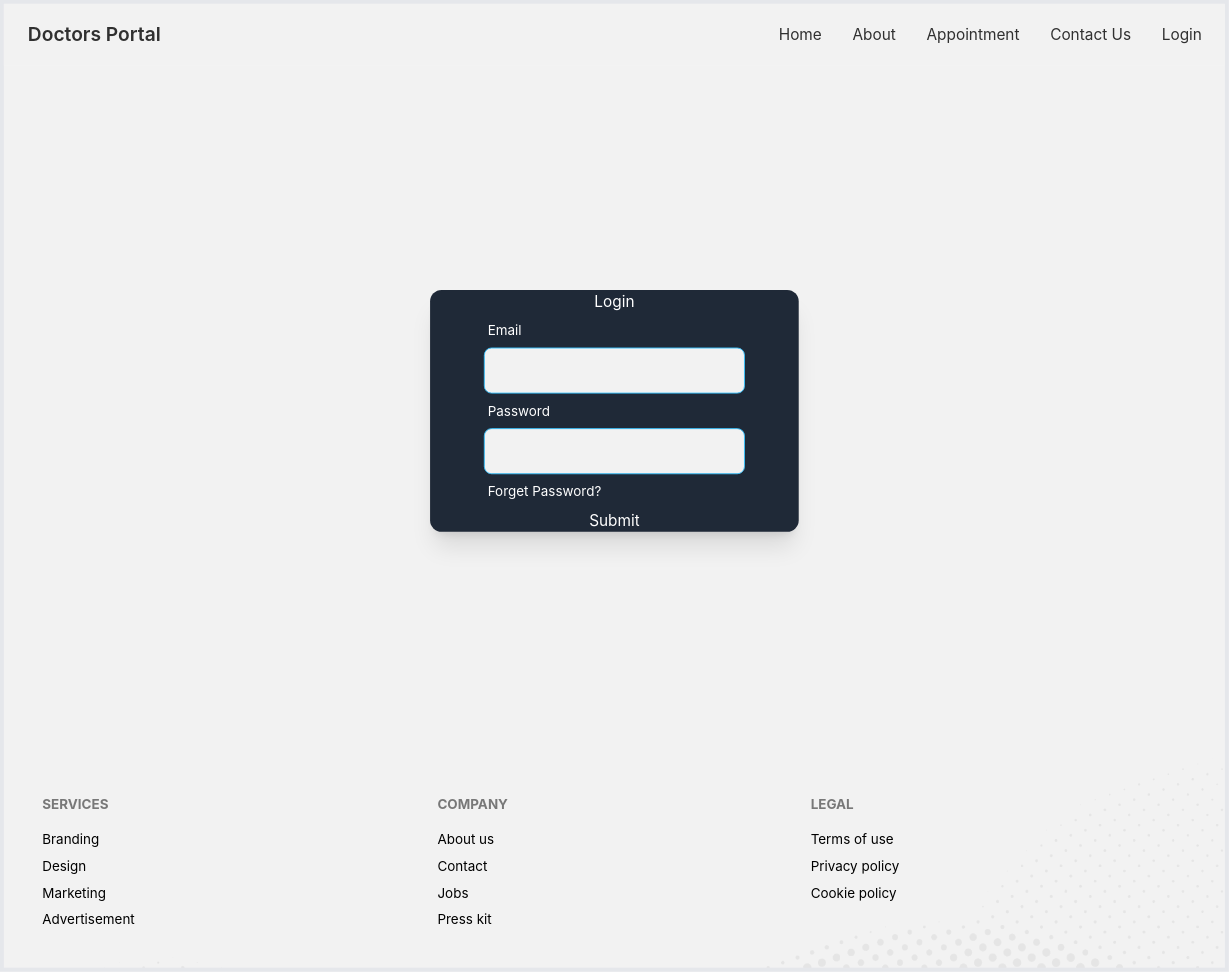
Repository: Samad77/Doctorportal-Client
Page: /login
An editor plug-in stored every save of this project. The page is shown before and after the next save, followed by the edit.
The browser window is 1280 px wide. The pictures show the whole page, at 96% of full size.
The project was rebuilt for these pictures with package versions that can differ from the ones it lists, and the page was loaded fresh each time. Also part of the build but not shown: src/Pages/Appointment/BookingModal/BookingModal.js, src/Pages/Appointment/AppoinmentCard/AppoinmentCard.js, src/Pages/Appointment/AppointmentBanner/AppointmentBanner.js, src/Pages/Appointment/AvailavleAppoinment/AvailableAppoinment.js, src/Pages/Appointment/Appoinment/Appoinment.js, src/Components/PrimaryButton/PrimaryButton.js, src/Pages/Home/Banner/Banner.js, src/Pages/Home/Cards/Cards.js and 5 more.

Above is the page before, as saved 2022-11-16 10:16:06.

### src/index.js
import React from 'react';
import ReactDOM from 'react-dom/client';
import './index.css';
import App from './App';
import reportWebVitals from './reportWebVitals';
import 'react-day-picker/dist/style.css';
const root = ReactDOM.createRoot(document.getElementById('root'));
root.render(
  <React.StrictMode>
    <App />
  </React.StrictMode>
);

// If you want to start measuring performance in your app, pass a function
// to log results (for example: reportWebVitals(console.log))
// or send to an analytics endpoint. Learn more: https://bit.ly/CRA-vitals
reportWebVitals();

### src/App.js
import logo from './logo.svg';
import './App.css';
import {RouterProvider} from 'react-router-dom'
import router from './Layout/Routes/Routes';
import Cards from './Pages/Home/Cards/Cards';
function App() {
  return (
    <div className="App max-w-[1440px] mx-auto border-4">
      <RouterProvider router={router}>

      </RouterProvider>
    </div>
  );
}

export default App;

### src/Layout/Routes/Routes.js
import { createBrowserRouter } from "react-router-dom";
import Appoinment from "../../Pages/Appointment/Appoinment/Appoinment";
import Home from "../../Pages/Home/Home";
import Login from "../../Pages/Login/Login";
import Main from "../Main/Main";

const router = createBrowserRouter([
    {path : "/",
    element : <Main></Main>,
    children : [
        {path : '/', element : <Home></Home>,},
        {path: '/home', element : <Home></Home>},
        {path: '/login', element : <Login></Login>},
        {path : '/appointment', element: <Appoinment></Appoinment>}
    ]
    }
])

export default router;

### src/Pages/Login/Login.js
import React, { useState } from 'react';
import { useForm } from 'react-hook-form';

const Login = () => {
    const { register, handleSubmit } = useForm();
    const [data, setData] = useState("");

    return (
        <section className='h-screen flex justify-center items-center  '>

            <form onSubmit={handleSubmit((data) => setData(JSON.stringify(data)))} className=" rounded-xl shadow-xl bg-gray-800 text-white w-96 px-14">
                <h1 className=''>Login</h1>
                <div className="form-control">
                    <label className="label ">
                        <span className="label-text text-white">Email</span>
                    </label>
                    <input type="text" {...register("Email")} className="input input-bordered- w-full max-w-xs input-info " />
                </div>

                <div className="form-control">
                    <label className="label">
                        <span className="label-text text-white">Password</span>
                    </label>
                    <input type="text" {...register("password")} className="input input-bordered- w-full max-w-xs input-info " />
                </div>

                <label className="label">
                    <span className="label-text text-white">Forget Password?</span>
                </label>


                <p>{data}</p>
                <input type="submit" />
            </form>
        </section>
    );
};

export default Login;

### src/Layout/Main/Main.js
import React from 'react';
import Footer from '../../Pages/Shared/Footer/Footer';
import Navbar from '../../Pages/Shared/Navbar/Navbar';
import {Outlet} from 'react-router-dom'
const Main = () => {
    return (
        <div>
            <Navbar></Navbar>
                <Outlet></Outlet>
            <Footer></Footer>
        </div>
    );
};

export default Main;

### src/Pages/Shared/Footer/Footer.js
import React from 'react';
import footerImg from '../../../assets/images/footer.png'
const Footer = () => {
    return (
        <footer className="footer p-10 text-black" style={{background : `url(${footerImg})`, backgroundSize: "cover"}}>
  <div>
    <span className="footer-title">Services</span>
    <a className="link link-hover">Branding</a>
    <a className="link link-hover">Design</a>
    <a className="link link-hover">Marketing</a>
    <a className="link link-hover">Advertisement</a>
  </div>
  <div>
    <span className="footer-title">Company</span>
    <a className="link link-hover">About us</a>
    <a className="link link-hover">Contact</a>
    <a className="link link-hover">Jobs</a>
    <a className="link link-hover">Press kit</a>
  </div>
  <div>
    <span className="footer-title">Legal</span>
    <a className="link link-hover">Terms of use</a>
    <a className="link link-hover">Privacy policy</a>
    <a className="link link-hover">Cookie policy</a>
  </div>
</footer>
    );
};

export default Footer;

### src/Pages/Shared/Navbar/Navbar.js
import React from 'react';
import {Link} from 'react-router-dom'
const Navbar = () => {

    const menuItems =

    <React.Fragment>
        <li><Link to="/home">Home</Link></li>
        <li><Link to="/about">About</Link></li>
        <li><Link to="/appointment">Appointment</Link></li>
        <li><Link to="/contact">Contact Us</Link></li>
        <li><Link to="/login">Login</Link></li>
    </React.Fragment>

    return (
        <div className="navbar bg-base-100 flex justify-between">
  <div className="navbar-start">
    <div className="dropdown">
      <label tabIndex={0} className="btn btn-ghost lg:hidden">
        <svg xmlns="http://www.w3.org/2000/svg" className="h-5 w-5" fill="none" viewBox="0 0 24 24" stroke="currentColor"><path strokeLinecap="round" strokeLinejoin="round" strokeWidth="2" d="M4 6h16M4 12h8m-8 6h16" /></svg>
      </label>
      <ul tabIndex={0} className="menu menu-compact dropdown-content mt-3 p-2 shadow rounded-box w-52">
            {menuItems}
      </ul>
    </div>
    <Link to='/' className="btn btn-ghost normal-case text-xl">Doctors Portal</Link>
  </div>
  <div className="navbar-center hidden lg:flex">
    <ul className="menu menu-horizontal p-0">
        {menuItems}
    </ul>
  </div>

</div>
    );
};

export default Navbar;

### tailwind.config.js
/** @type {import('tailwindcss').Config} */
module.exports = {
  content: ["./src/**/*.{js,jsx,ts,tsx}"],
  theme: {
    extend: {},
  },
  daisyui : {
    themes : [

    {
      doctorThemes: {

primary: "#0FCFEC",

secondary: "#19D3AE",

neutral: "#3A4256",

"base-100": "#F2F2F2",

      },
    },
  ]
  },
  plugins: [require("daisyui")],
}

Loaded but not shown: public/index.html (common file); src/index.css (common file); src/reportWebVitals.js (common file); src/App.css (common file)

After the next save:
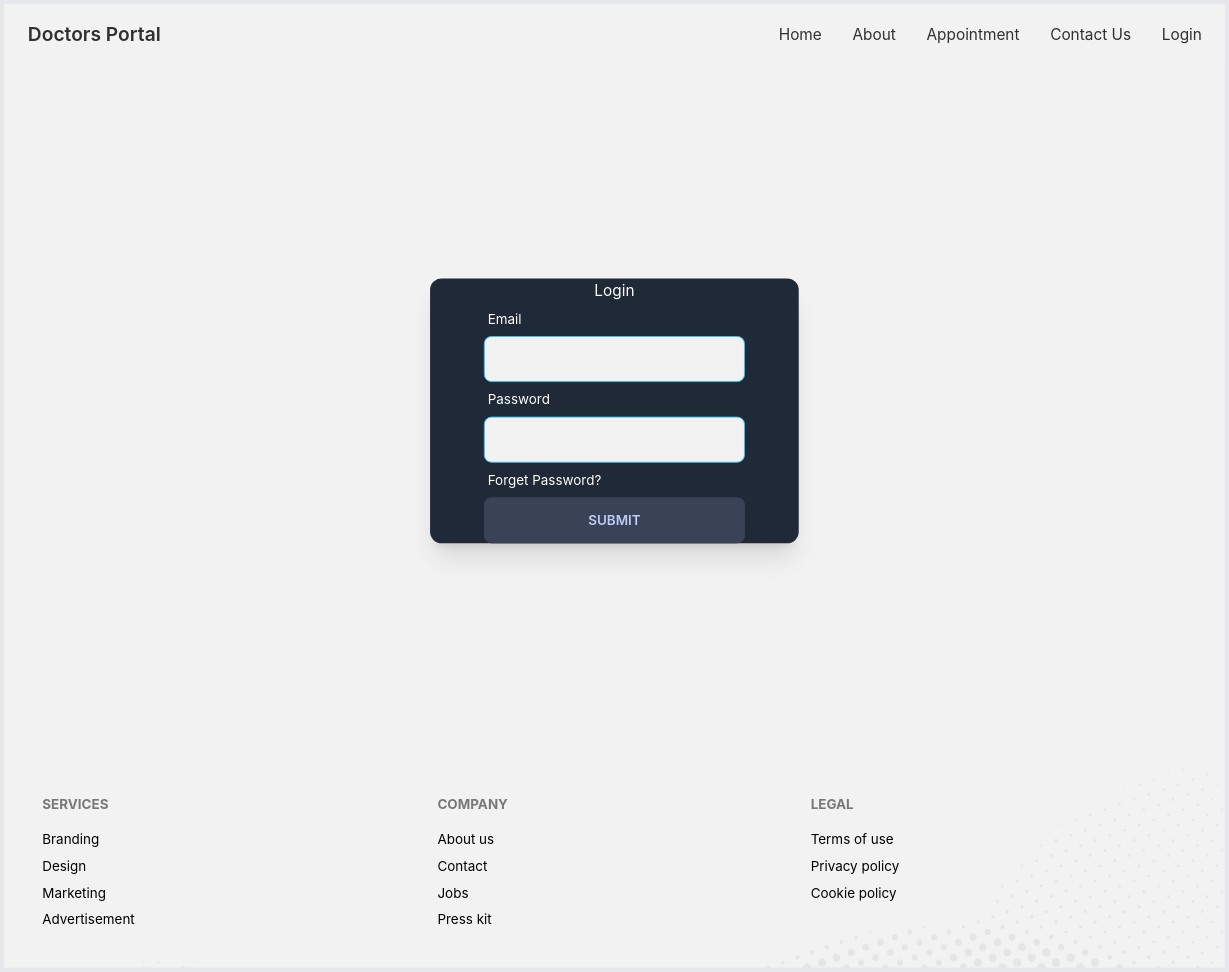
Saved 66 s later.
--- a/src/Pages/Login/Login.js
+++ b/src/Pages/Login/Login.js
@@ -28,9 +28,9 @@ const Login = () => {
                     <span className="label-text text-white">Forget Password?</span>
                 </label>
 
+                <input type="submit" className='btn w-full' />
+                <p>{data}</p>
 
-                <p>{data}</p>
-                <input type="submit" />
             </form>
         </section>
     );
